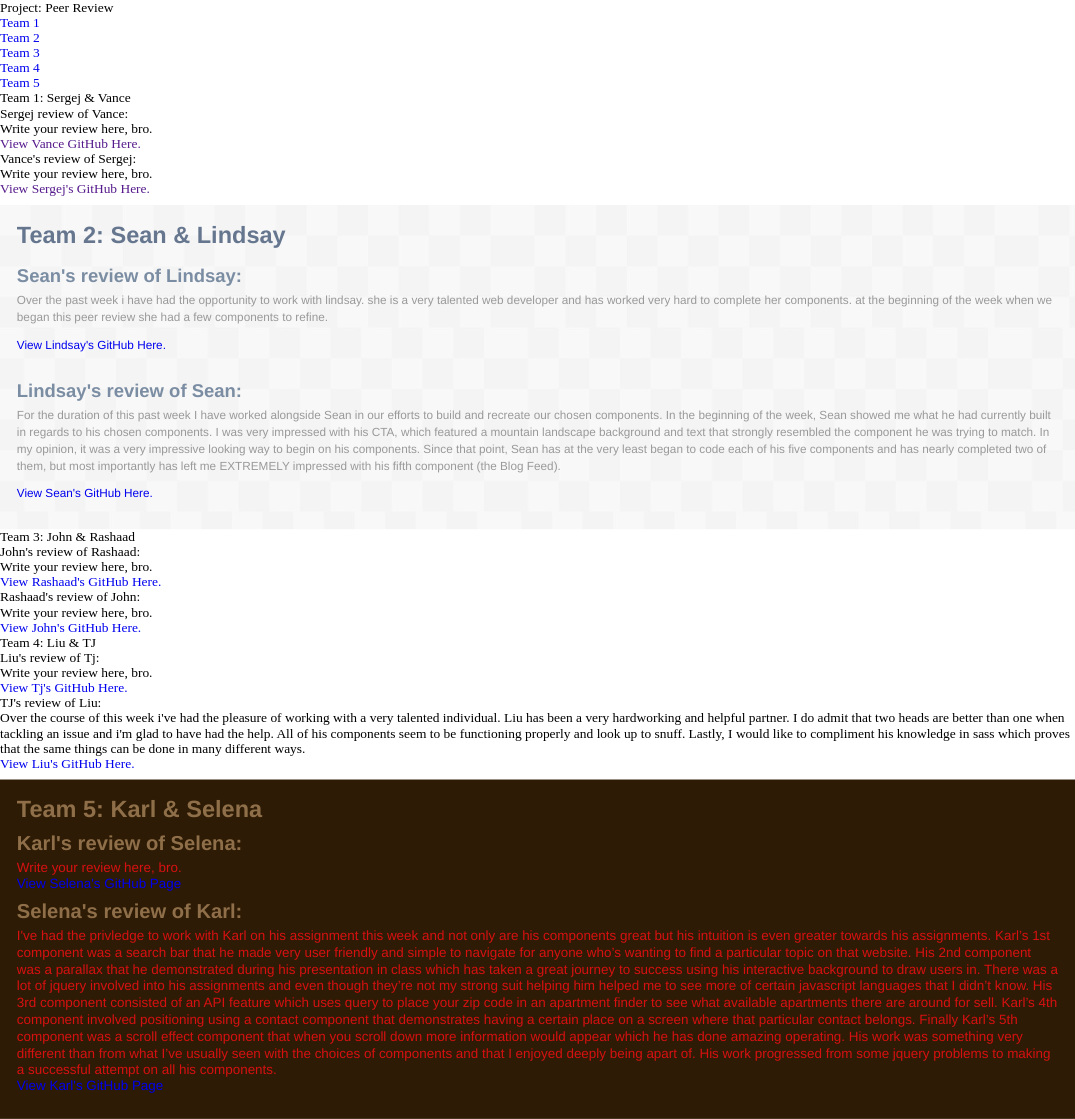
Repository: Smvargas787/WSP-2.5
Page: workspace 3/hello-world.html
The author's editor kept a record of every edit. The page is drawn from the files as they stood at one moment, then again after the next edit.
The browser window is 1280 px wide. The pictures show the whole page, at 84% of full size.
Some web libraries are served in a nearby version.

Above is the page before.

After the next edit:
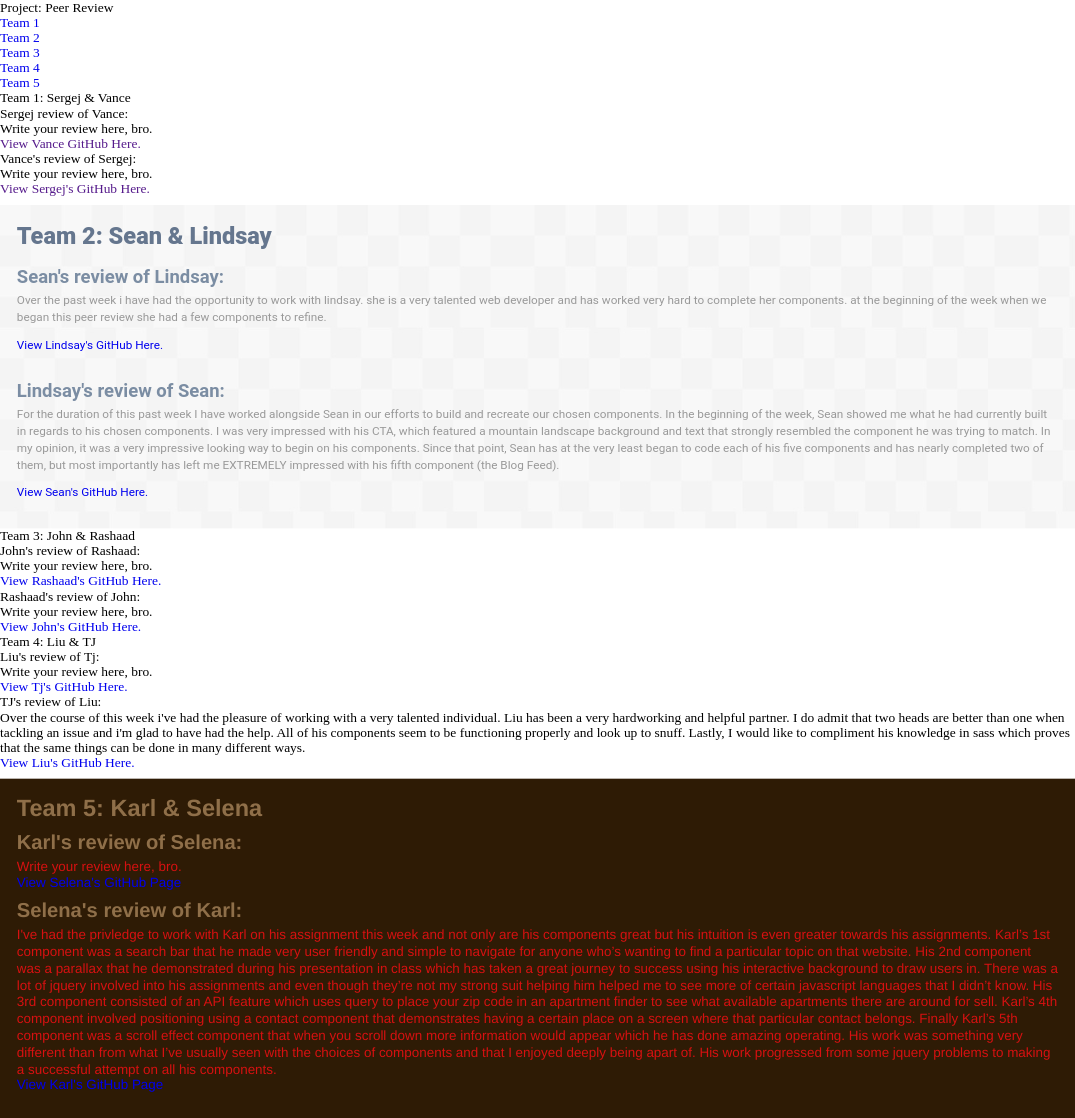
The edit:
--- a/workspace 3/css/style.css
+++ b/workspace 3/css/style.css
@@ -8,7 +8,7 @@
   margin-top: 10px;
   background: url("../images/background-team2.jpg");
   color: #999999;
-  font-family: Helvetica;
+  font-family: "Roboto", "Helvetica Neue", Helvetica, sans-serif;
   padding: 20px;
   font-size: 14px;
 }
